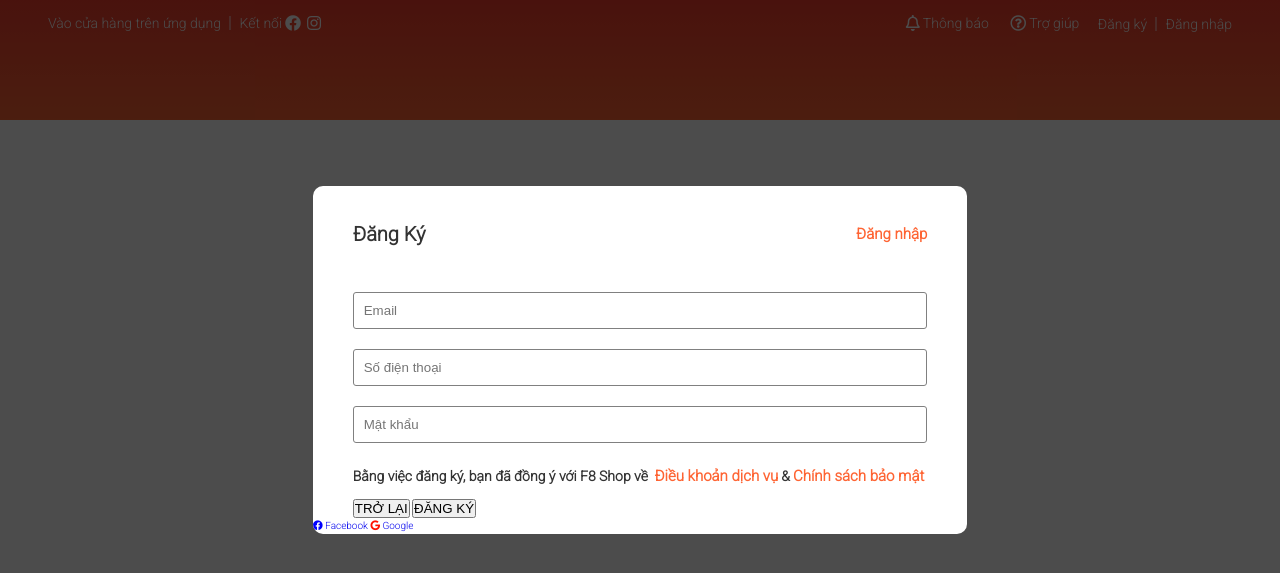
Repository: kebinh1235/Shopee-Demo
Page: index.html
An editor plug-in stored every save of this project. The page is shown before and after a run of saves, followed by the edit.
The browser window is 1280 px wide. The pictures show the whole page.

Above is the page before, as saved 2021-10-01 22:35:38.

After the next 2 saves:
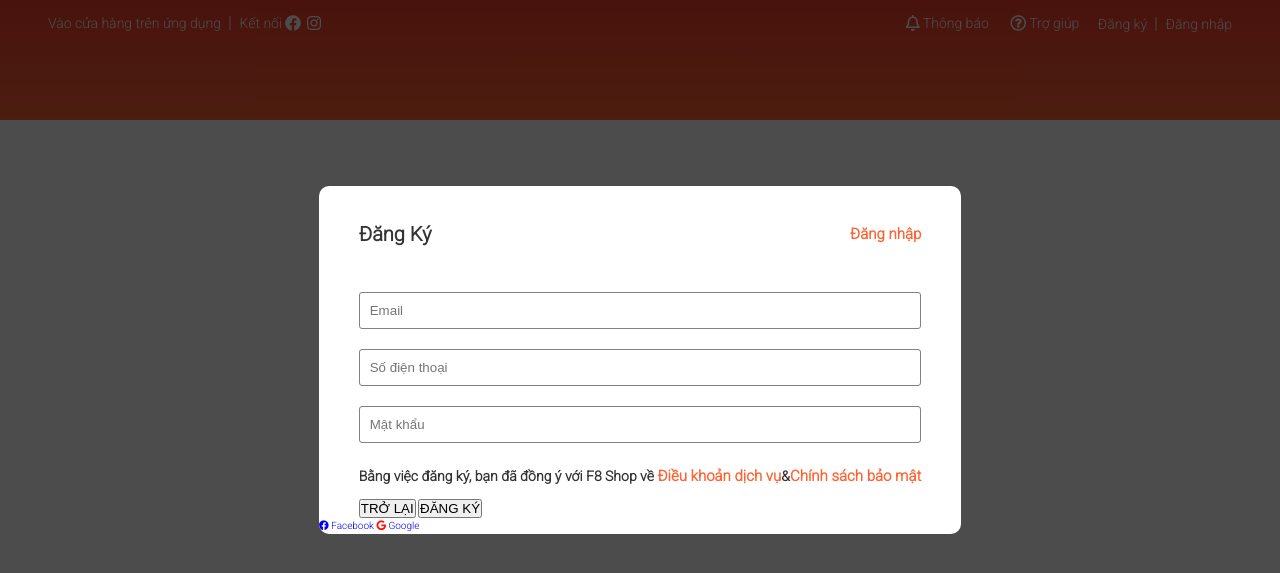
The 2 saves are shown as one change because they came seconds apart.
The last was saved 38 s later.
--- a/asset/css/main.css
+++ b/asset/css/main.css
@@ -265,7 +265,9 @@
 .auth__form-note-link {
   color: var(--primary-color);
   font-size: 1.5rem;
-  margin: 0 3px;
+}
+.auth__form-note-icon {
+  margin: 0 5px;
 }
 .auth__form-controls{
 
